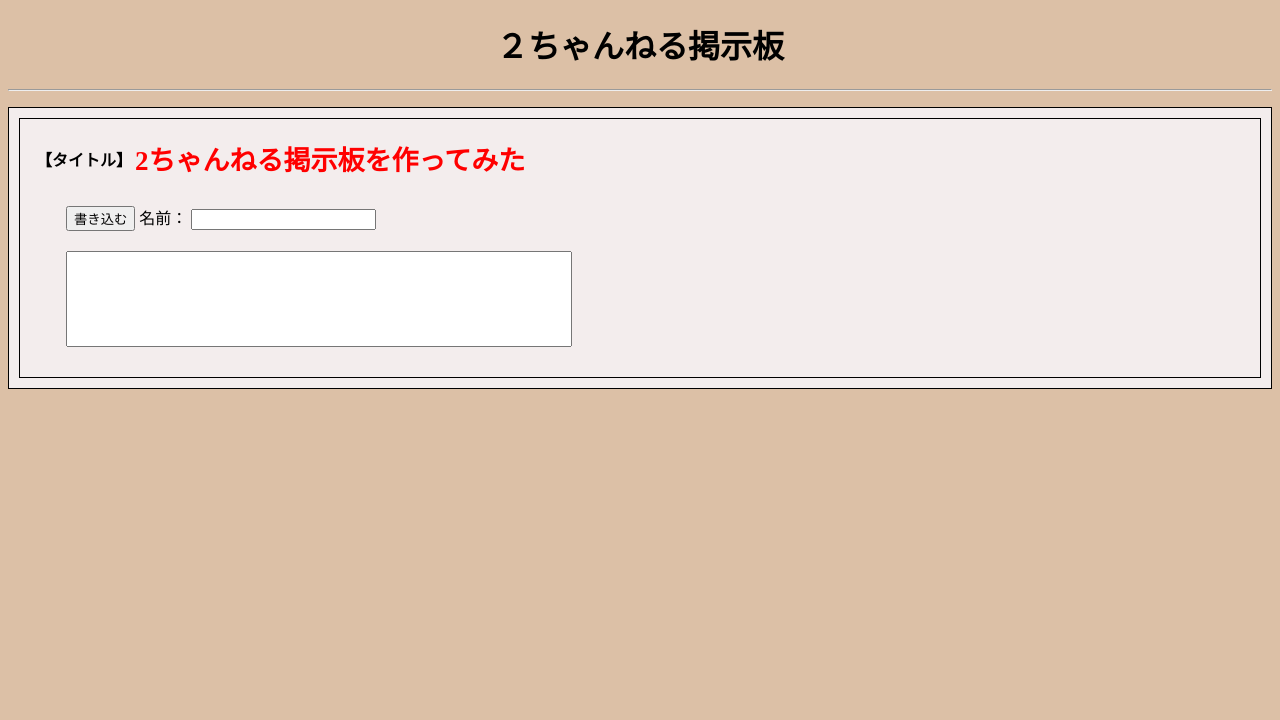
Repository: daidai0602/mba_portal
Page: http://localhost/
An editor plug-in stored every save of this project. The page is shown before and after the next save, followed by the edit.
The browser window is 1280 px wide. The pictures show the whole page.
The page is run by PHP 8.4 with error messages shown; the project is at /var/www/html/. Queries for data that is not in the repository find no rows.

Above is the page before, as saved 2023-11-27 14:29:35.

After the next save:
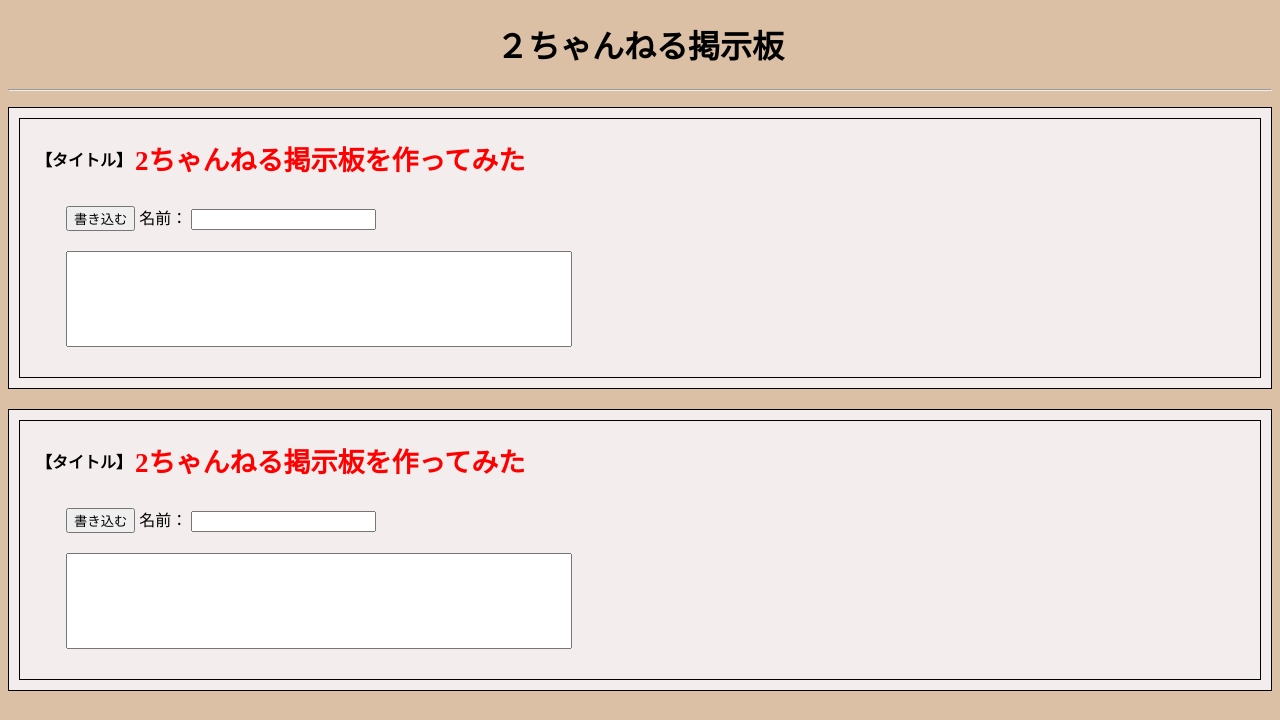
Saved 28 s later.
--- a/index.php
+++ b/index.php
@@ -16,5 +16,6 @@
   <?php include("app/parts/header.php"); ?>
   <?php include("app/parts/validation.php"); ?>
   <?php include("app/parts/thread.php"); ?>
+  <?php include("app/parts/thread.php"); ?>
 </body>
 </html>

After the 4 saves that followed:
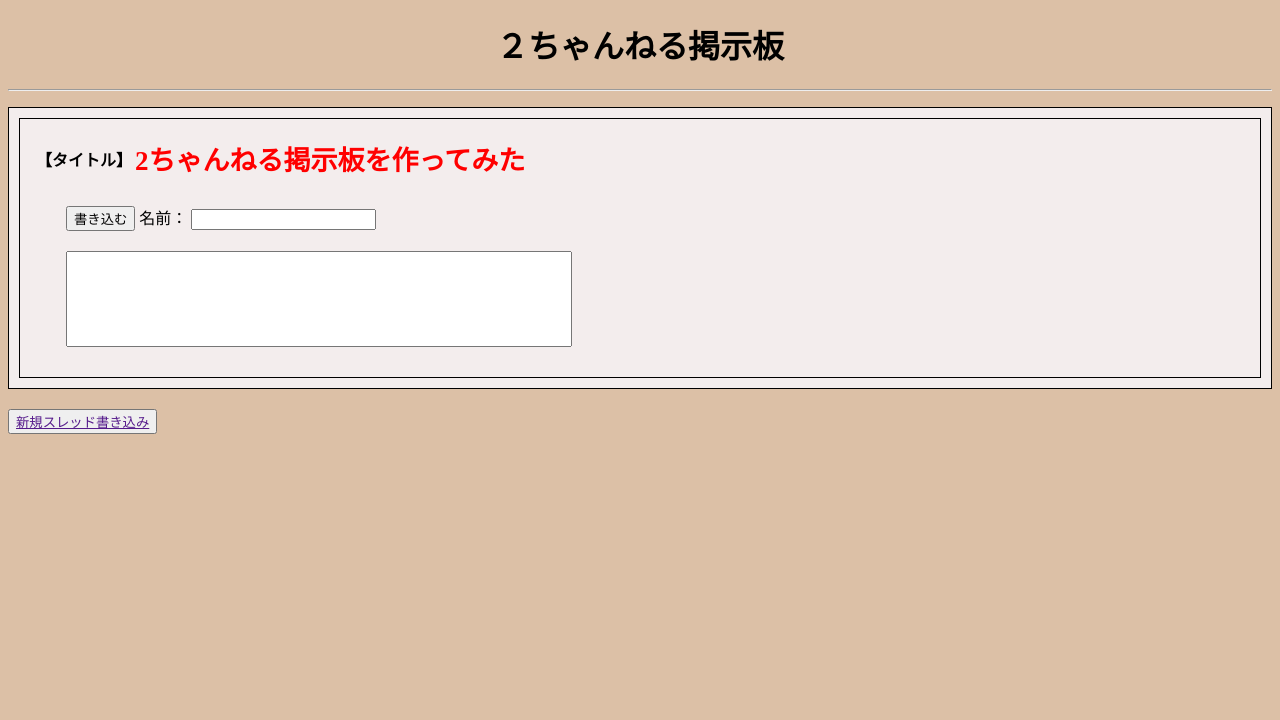
The 4 saves are shown as one change because they came seconds apart.
The last was saved 12 s later.
--- a/index.php
+++ b/index.php
@@ -16,6 +16,6 @@
   <?php include("app/parts/header.php"); ?>
   <?php include("app/parts/validation.php"); ?>
   <?php include("app/parts/thread.php"); ?>
-  <?php include("app/parts/thread.php"); ?>
+  <?php include("app/parts/newThreadButton.php"); ?>
 </body>
 </html>
